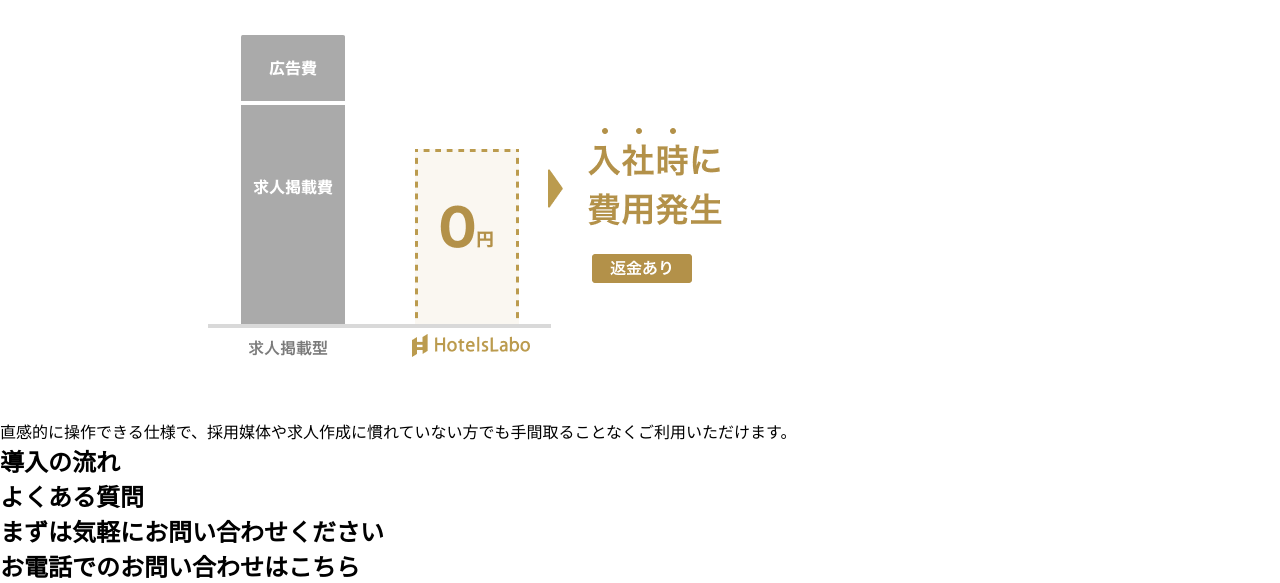
Repository: FujieRyou/to_b_lp
Page: index.html
These files come from the project's save history. The page is drawn as it stood at one moment and after the next save; the edit follows.
The browser window is 1280 px wide. The pictures show the part of the page from y = 1533 to 2189 px (the page is 2116 px tall before and 2189 px after).
A picture or video elsewhere on the page could not be fetched, so the positions and the page height are approximate.

Above is the page before, as saved 2024-03-04 12:06:37.
Not found: index.js

After the next save:
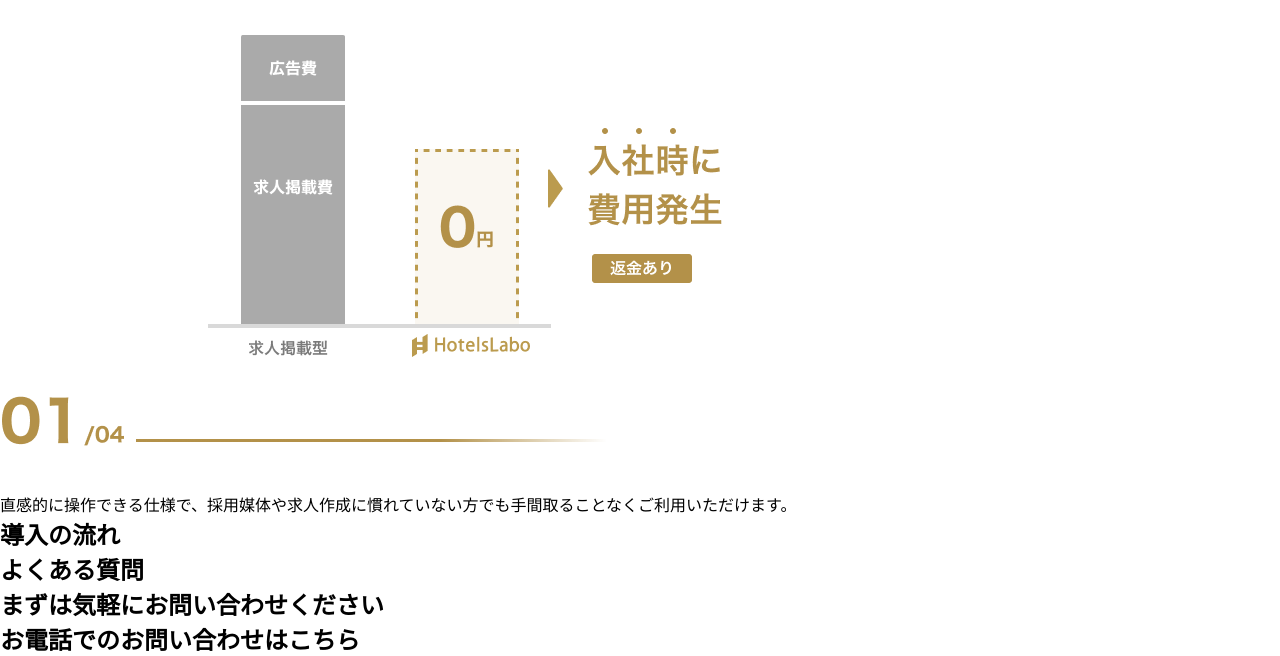
Saved 2 min 0 s later.
--- a/index.html
+++ b/index.html
@@ -97,7 +97,9 @@
                     <article>
                         <div class="reasonWrap">
                             <img src="img/performanceReward.png" alt="成果報酬型グラフ">
-                            <div></div>
+                            <div>
+                                <img src="img/reason1.png" alt="理由01/04">
+                            </div>
                         </div>
                     </article>
                     <article></article>
